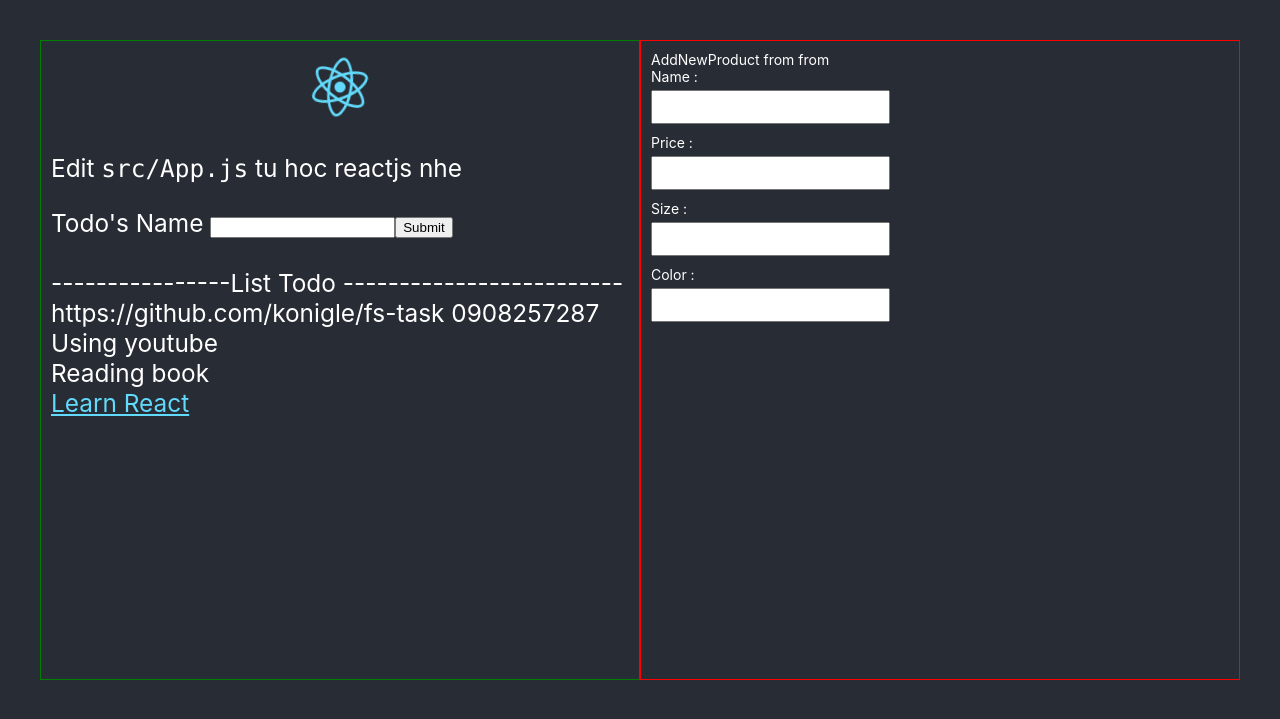
Repository: baothi/learn-reactjs
Page: /
An editor plug-in stored every save of this project. The page is shown before and after the next save, followed by the edit.
The browser window is 1280 px wide. The pictures show the whole page.
The project was rebuilt for these pictures with package versions that can differ from the ones it lists, and the page was loaded fresh each time.

Above is the page before, as saved 2022-10-04 17:55:42.

After the next save:
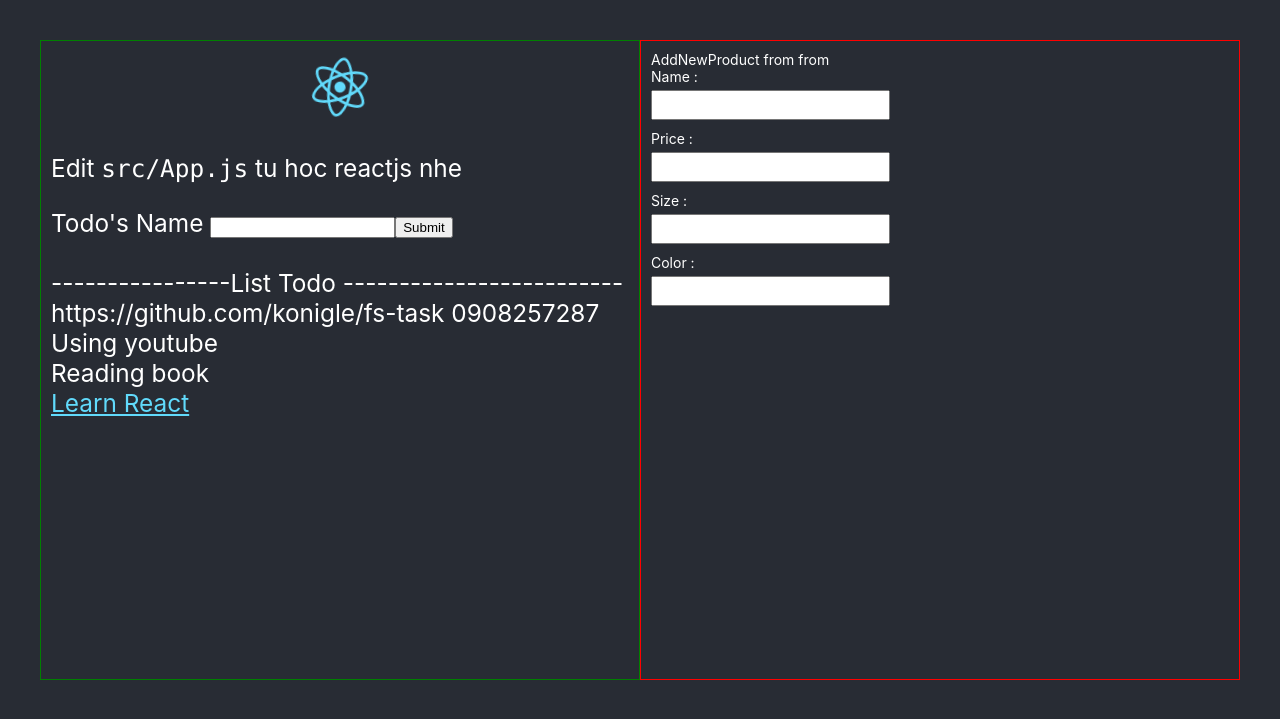
Saved 25 s later.
--- a/src/App.css
+++ b/src/App.css
@@ -66,5 +66,5 @@
 
 .input-product input {
   width: 40%;
-  height: 28px;
+  height: 24px;
 }
